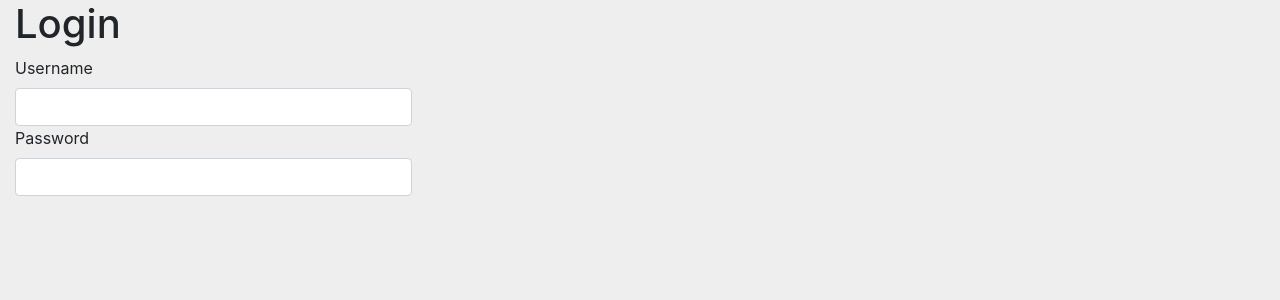
Repository: neoighodaro-articles/migrating-to-laravel
Page: http://localhost/
These files come from the project's save history. The page is drawn as it stood at one moment and after the next save; the edit follows.
The browser window is 1280 px wide. The pictures show the whole page.
The page is run by PHP 8.4 with error messages shown; the project is at /var/www/html/.

Above is the page before, as saved 2018-06-12 18:38:41.

After the next save:
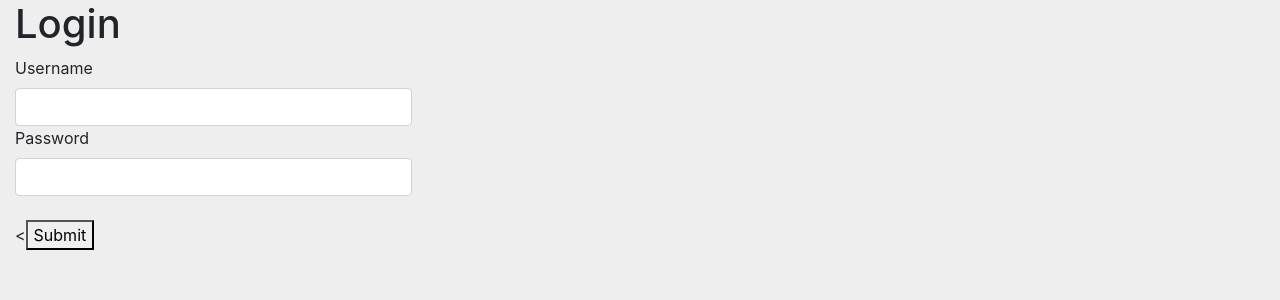
Saved 26 s later.
--- a/vanilla/index.php
+++ b/vanilla/index.php
@@ -20,6 +20,8 @@
       <input type="text" class="form-control">
       <label>Password</label>
       <input type="password" class="form-control">
+      <br>
+      <<button type="submit">Submit</button>
     </div>
   </div>
 </body>
